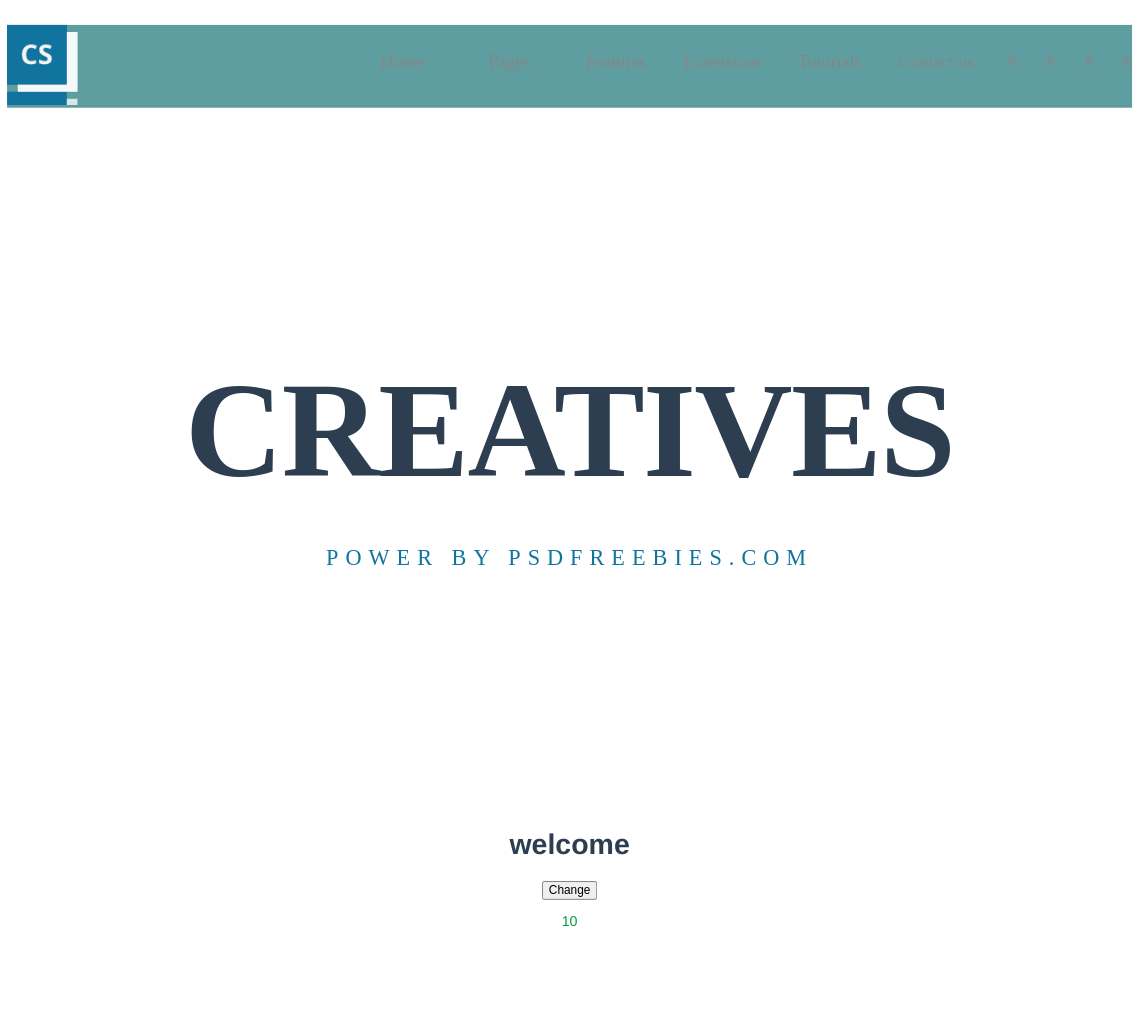
Repository: joker506/Creatives
Page: /
An editor plug-in stored every save of this project. The page is shown before and after the next save, followed by the edit.
The browser window is 1280 px wide. The pictures show the whole page, at 89% of full size.
The project was rebuilt for these pictures with package versions that can differ from the ones it lists, and the page was loaded fresh each time.

Above is the page before, as saved 2020-03-29 20:50:36.

After the next save:
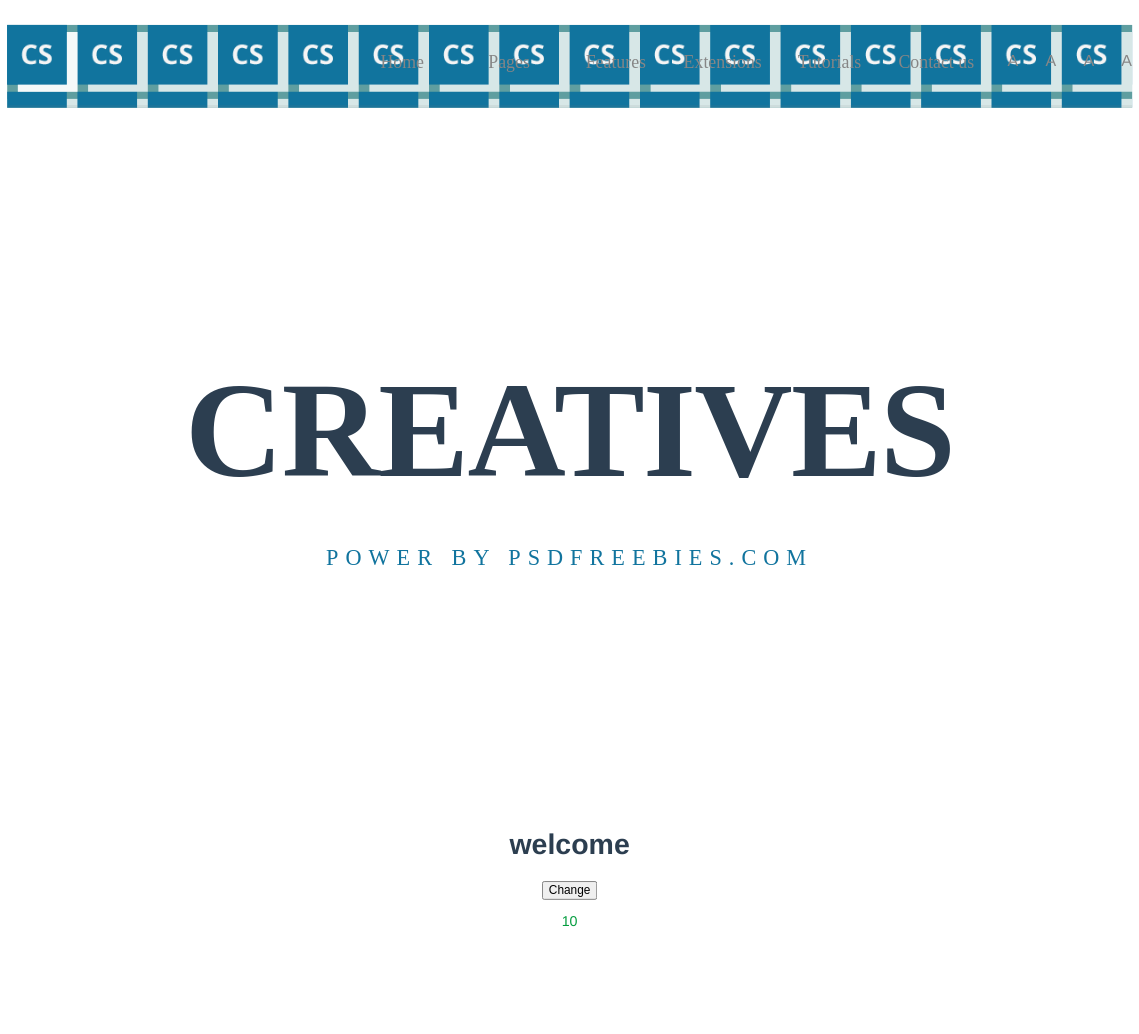
Saved 102 s later.
--- a/src/components/HeaderApp.vue
+++ b/src/components/HeaderApp.vue
@@ -2,8 +2,8 @@
 
 <header class="header">
 
-<div class="header__top">
-<a class="logo" href="#" :style="{'background-image':'url(src/assets/logo1.png)'}">
+<div class="header__top" :style="{'background-image':'url(src/assets/logo1.png)'}">
+<a class="logo" href="#" >
     <img src="src/assets/logo1.png" alt="logo">
 </a>
 

After the 3 saves that followed:
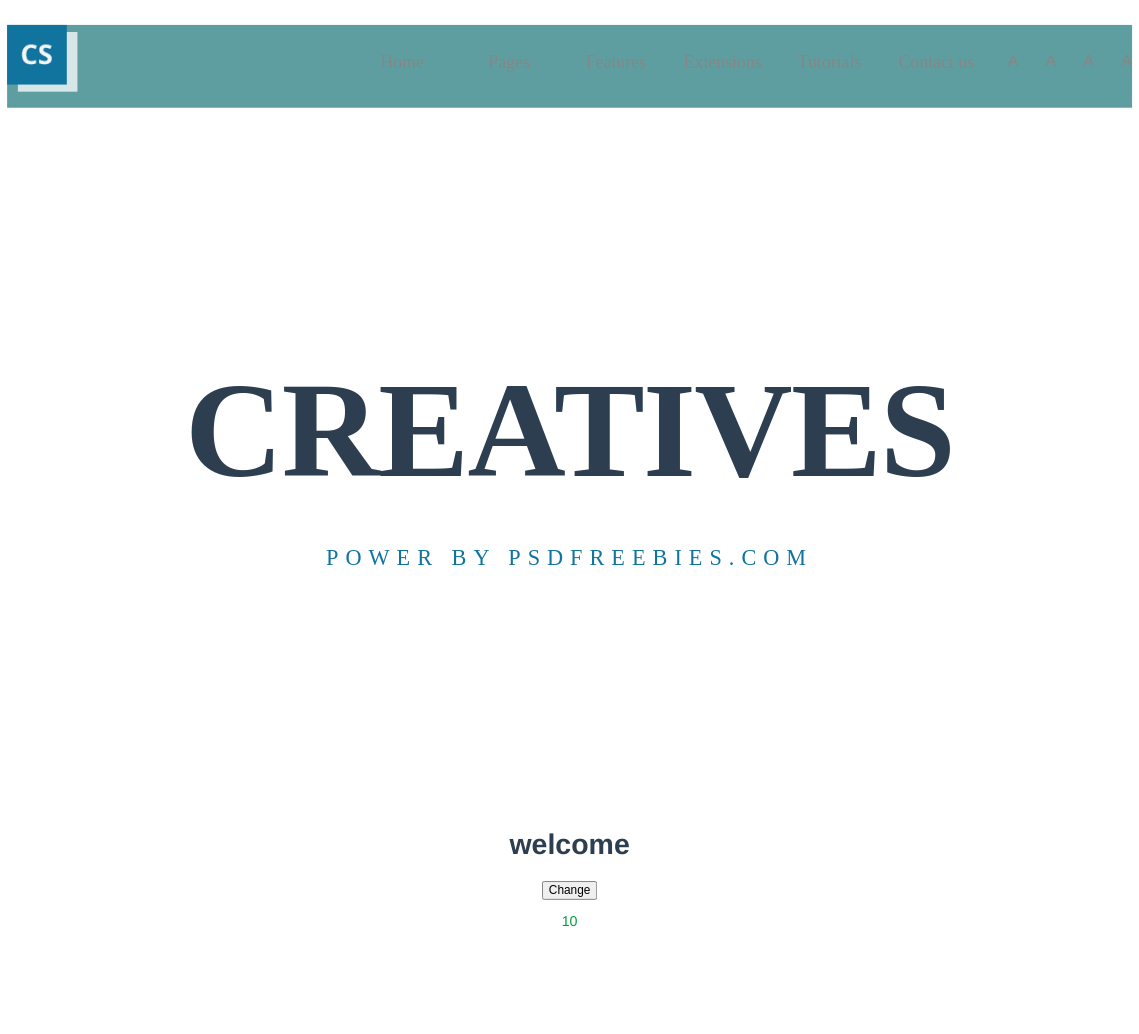
The 3 saves are shown as one change because 1 left the picture as it was and some came seconds apart.
The last was saved 74 s later.
--- a/src/components/HeaderApp.vue
+++ b/src/components/HeaderApp.vue
@@ -2,7 +2,7 @@
 
 <header class="header">
 
-<div class="header__top" :style="{'background-image':'url(src/assets/logo1.png)'}">
+<div class="header__top">
 <a class="logo" href="#" >
     <img src="src/assets/logo1.png" alt="logo">
 </a>
